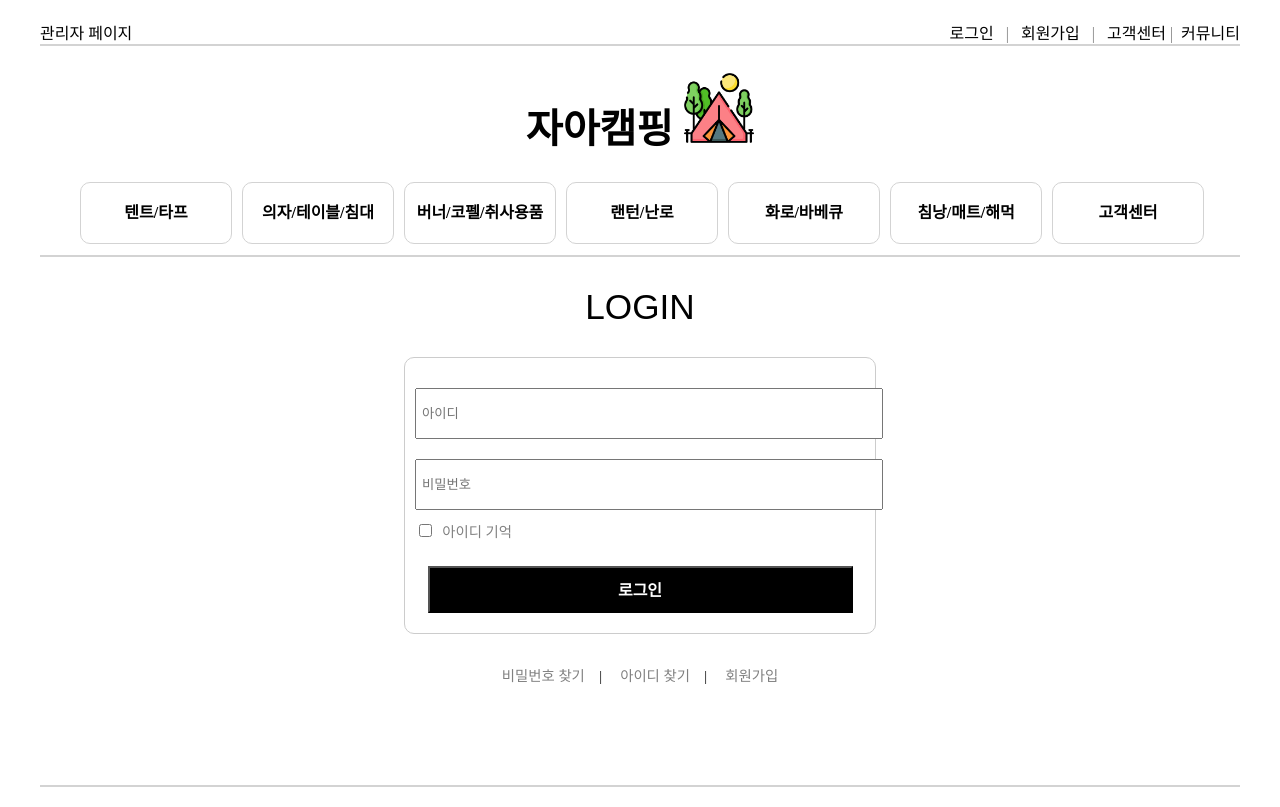
Repository: JJang-Ah/JSP-shoping-mall-project
Page: http://localhost/JaAhCamping/logon/memberLoginForm.jsp
An editor plug-in stored every save of this project. The page is shown before and after the next save, followed by the edit.
The browser window is 1280 px wide. The pictures show the whole page.
Some web fonts or font styles are not loaded; a fallback is used. The page is served by Tomcat 9.

Above is the page before, as saved 2022-06-08 12:27:04.

After the next save:
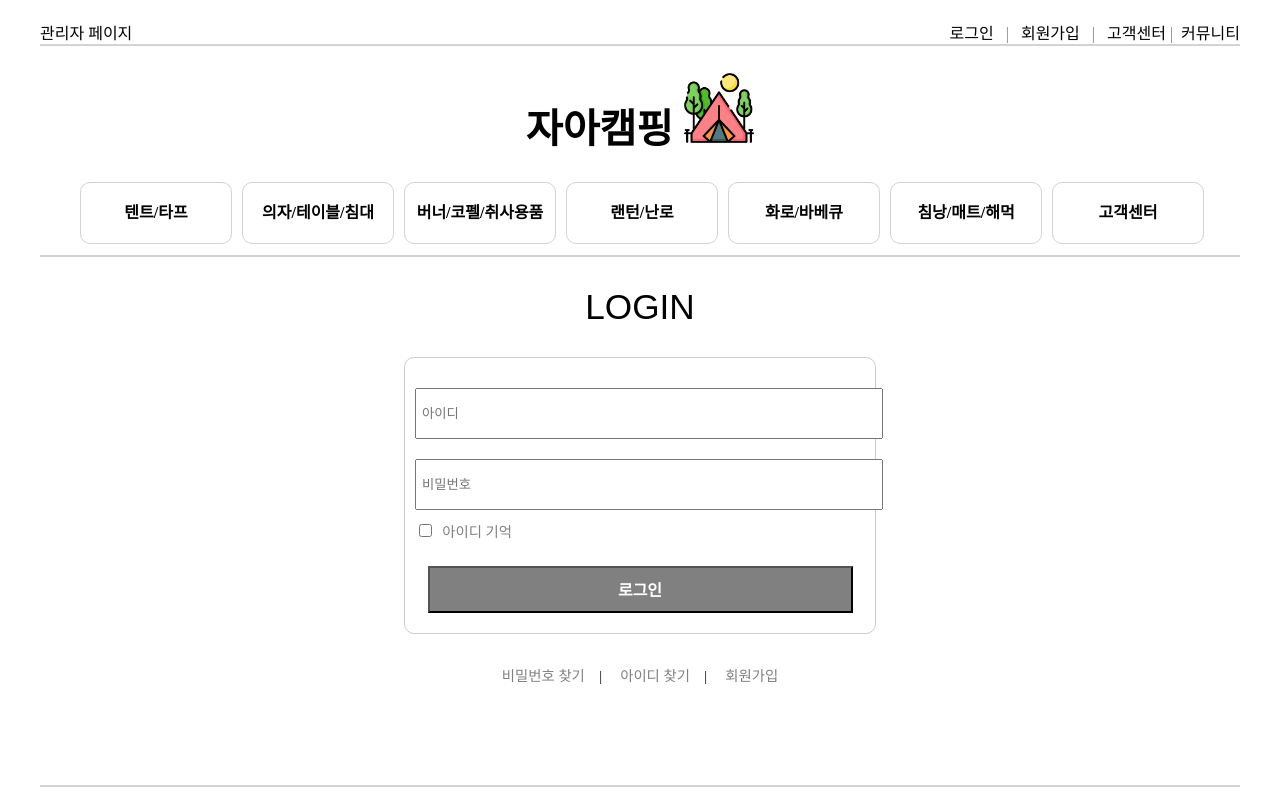
Saved 24 s later.
--- a/JaAhCamping/WebContent/logon/memberLoginForm.jsp
+++ b/JaAhCamping/WebContent/logon/memberLoginForm.jsp
@@ -16,7 +16,7 @@ a { text-decoration: none; color: black;}
 .f_input { width: 450px; text-align: center; border: 1px solid #ccc; padding: 10px; margin: 30px auto; border-radius: 10px;}
 .f_input .c_id, .f_input .c_pwd { height: 45px; margin-top: 20px; padding-left: 5px;}
 .f_input .f_chk { text-align: left; margin-top: 10px; font-size: 0.9em; color: gray;}
-.f_input #btn_Login { width: 425px; height: 47px; margin-top: 25px; background: black; color: white;
+.f_input #btn_Login { width: 425px; height: 47px; margin-top: 25px; background: gray; color: white;
  font-size: 16px; font-weight: bold; cursor: pointer; margin-top: 25px; margin-bottom: 10px;}
 
  /* 하단 - 비밀번호 찾기, 아이디 찾기, 회원가입 */
